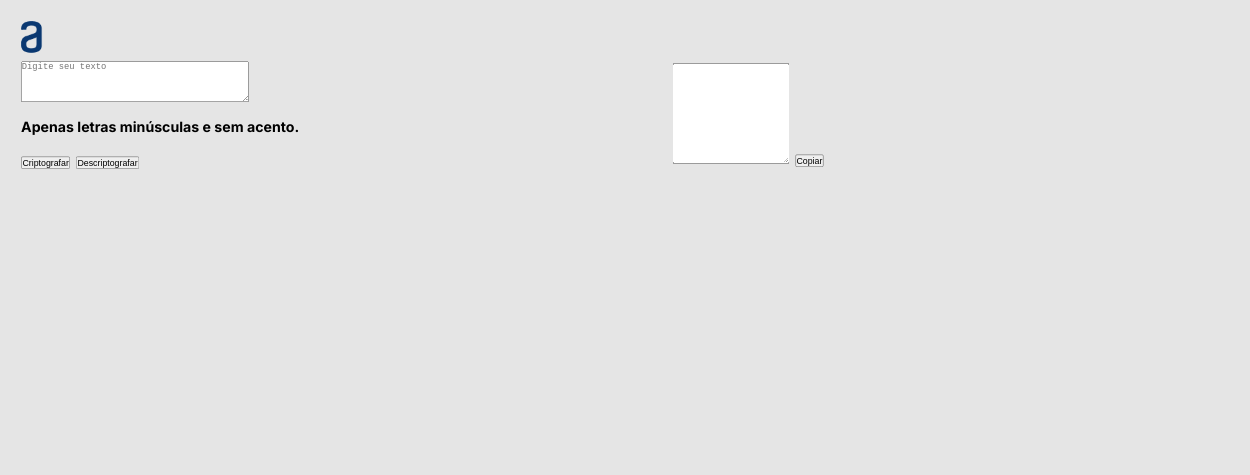
Repository: guilhermecardoso93/decodificador-texto
Page: index.html
These files come from the project's save history. The page is drawn as it stood at one moment and after the next save; the edit follows.
The browser window is 1280 px wide. The page is 1280 px wide, then 1894 px, so the pictures cover 1894 px, including what lies to the right of the window. The pictures show the whole page, at 66% of full size.

Above is the page before, as saved 2024-02-28 19:12:16.

### index.html
<!DOCTYPE html>
<html lang="pt-BR">
  <head>
    <meta charset="UTF-8" />
    <meta name="viewport" content="width=device-width, initial-scale=1.0" />
    <link rel="preconnect" href="https://fonts.googleapis.com" />
    <link rel="preconnect" href="https://fonts.gstatic.com" crossorigin />
    <link
      href="https://fonts.googleapis.com/css2?family=Inter:wght@400;500;600;700&display=swap"
      rel="stylesheet"
    />
    <link rel="stylesheet" href="style.css" />
    <title>Desafio - Encriptador</title>
  </head>
  <body>
    <header>
      <img src="./assets/logo.png" alt="Logo Alura" class="'logo-alura" />
    </header>

    <main>
      <section>
        <textarea
          class="text-area"
          cols="41"
          rows="4"
          placeholder="Digite seu texto"
        ></textarea>
        <div class="informaçao">
          <h6>Apenas letras minúsculas e sem acento.</h6>
        </div>
        <div class="botoes">
          <button class="btn-encriptor">Criptografar</button>
          <button class="btn-descriptor">Descriptografar</button>
        </div>
      </section>

      <section>
        <textarea class="mensagem" cols="20" rows="10"></textarea>
        <button class="btn-copiar">Copiar</button>
      </section>
    </main>
  </body>
</html>

### style.css
* {
  margin: 0;
  padding: 0;
  box-sizing: border-box;
}

body {
  background-color: #E5e5e5;
  font-family: "Inter", sans-serif;
  font-weight: 400;
  font-size: 32px;
  line-height: 150%;
  margin: 2rem;
}

.logo-alura {
  margi-left: 10px;
  padding-top: 10px;
  width: 2%;
}

main {
  display: flex;
  align-items: center;
  justify-content: space-between;
}

After the next save:
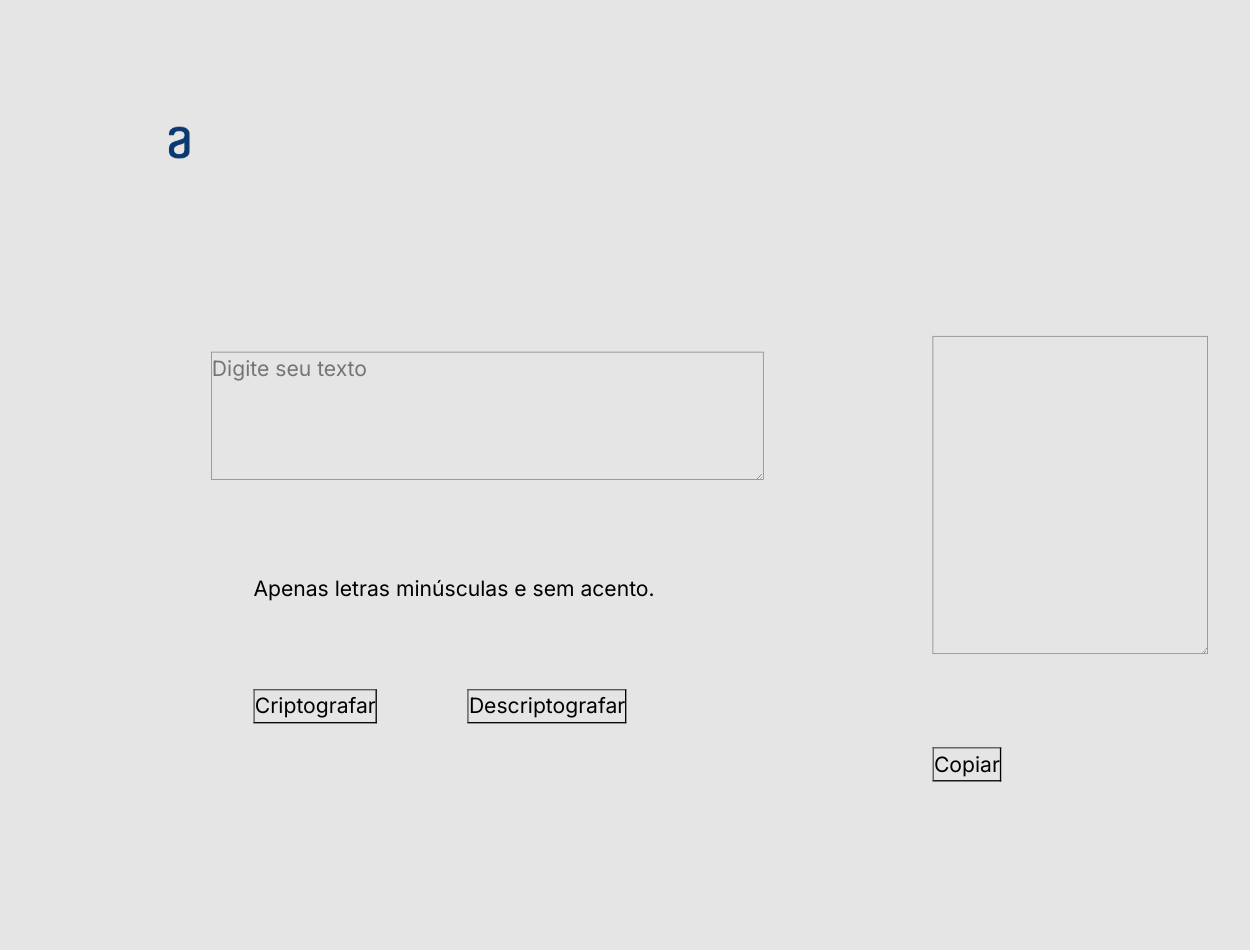
Saved 25 s later.
--- a/style.css
+++ b/style.css
@@ -2,15 +2,16 @@
   margin: 0;
   padding: 0;
   box-sizing: border-box;
-}
-
-body {
   background-color: #E5e5e5;
   font-family: "Inter", sans-serif;
   font-weight: 400;
   font-size: 32px;
   line-height: 150%;
   margin: 2rem;
+}
+
+body {
+
 }
 
 .logo-alura {
